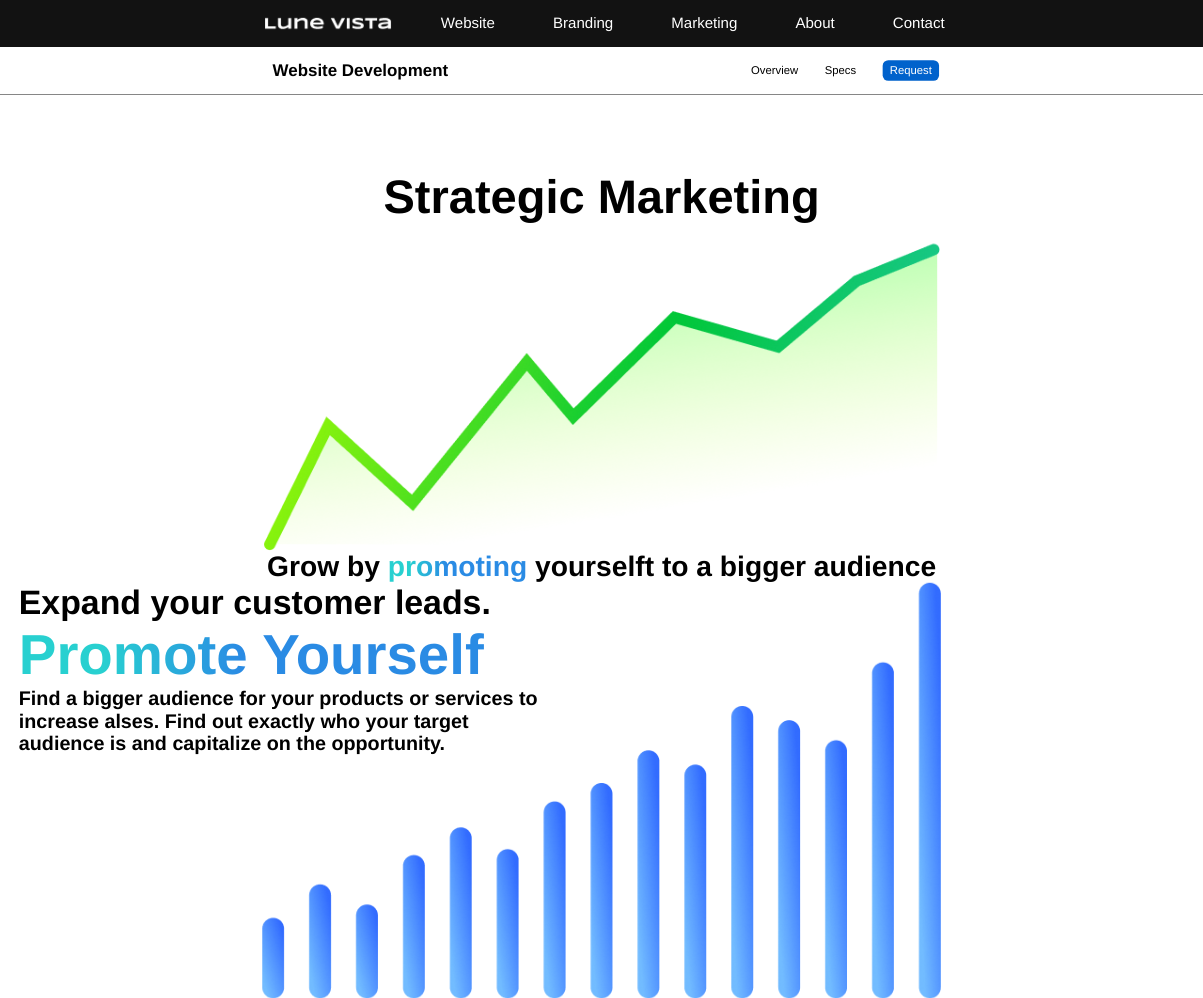
Repository: yoItsTyler/templates
Page: /marketing
These files come from the project's save history. The page is drawn as it stood at one moment and after the next save; the edit follows.
The browser window is 1280 px wide. The pictures show the whole page, at 94% of full size.
Some web fonts or font styles are not loaded; a fallback is used. The project was rebuilt for these pictures with package versions that can differ from the ones it lists, and the page was loaded fresh each time. Also part of the build but not shown: src/components/Branding/styles.module.css, src/components/Branding/Branding.js, src/components/Home/styles.module.css, src/components/Navbar/styles.module.css, src/components/Navbar/Navbar.js, src/components/NavbarMobile/styles.module.css, src/components/NavbarMobile/NavbarMobile.js, src/components/Home/Home.js and 10 more. Imported but missing from the stored project, and not drawn on this page: src/components/Request.

Above is the page before, as saved 2022-12-01 20:55:11.

After the next save:
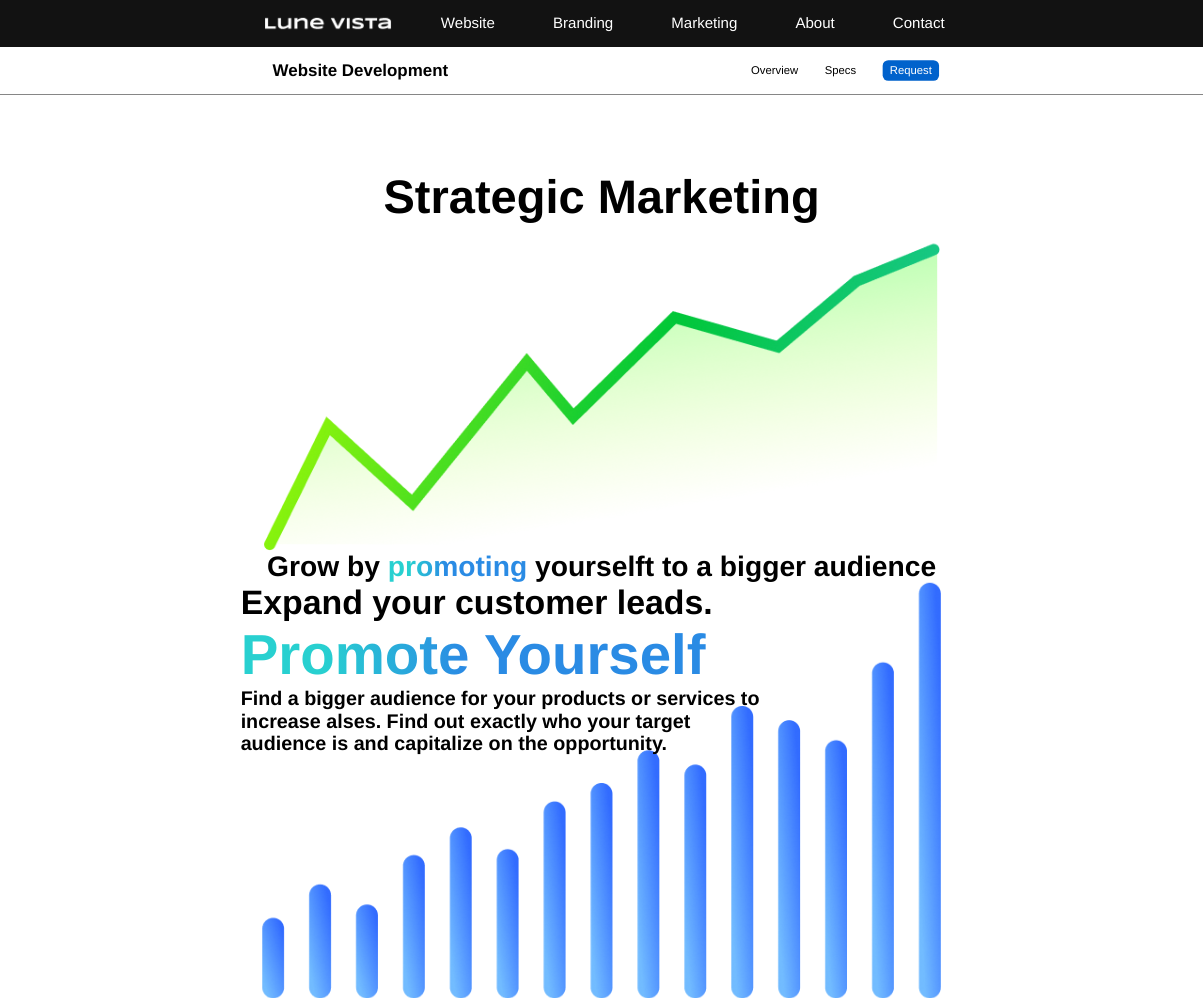
Saved 6 s later.
--- a/src/components/Marketing/styles.module.css
+++ b/src/components/Marketing/styles.module.css
@@ -36,7 +36,7 @@ linear-gradient(90.35deg, #28D0D0 15.73%, #2A8BE4 41.95%);
     width: 564px;
     max-width: 80%;
     position: absolute;
-    margin-left: 20px;
+    margin-left: 20%;
 }
 .blueTitle{
     background:
